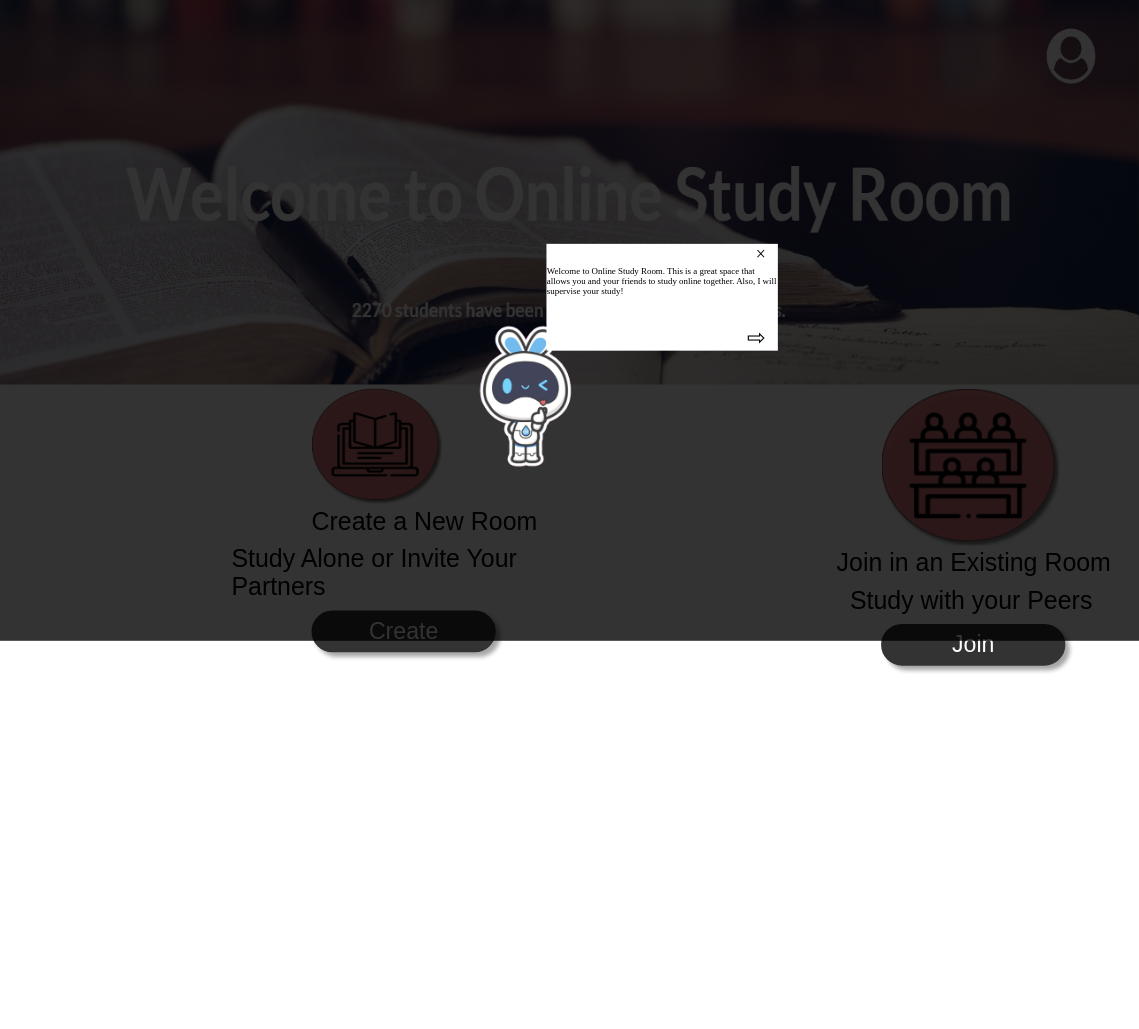
Repository: Team-Extrememe/Online-Study-Room
Page: home.html
The author's editor kept a copy of each file at every save. The page is drawn from the files as they stood at one save, then again after the next save.
The browser window is 1280 px wide. The pictures show the whole page, at 89% of full size.

Above is the page before, as saved 2021-10-06 18:51:34.
Console error: TypeError: Cannot set properties of null (setting 'onclick')

### home.html
<!DOCTYPE html>
<html lang="en">
<head>
    <meta charset="UTF-8">
    <meta http-equiv="X-UA-Compatible" content="IE=edge">
    <meta name="viewport" content="width=device-width, initial-scale=1.0">
    <link rel="stylesheet" href="css/style.css">
    <script src="js/jquery-3.6.0.min.js" type="text/javascript"></script>
    <script type="text/javascript" src="js/javascript.js"></script>
    <title>Homepage</title>
</head>
<body>
    <img class="home" src="images/home.png" alt="home_header">
    <a href="login.html" class="account"></a>
    <img class="rabbit" src="images/rabbit1.png" alt="guide_rabbit">
    <div id="light3" class="guide_div">
        <div class="guide_text">
            <div class="close_guide_button">&times;</div>
            <div class="text1">
                Welcome to Online Study Room.  This is a great space that allows you and your friends to study online together.  Also, I will supervise your study!
            </div>
            <div class="next">&#8680;</div>
        </div>
    </div>
    <img class="rabbit2" src="images/rabbit2.png" alt="guide_rabbit2">
    <div id="light4" class="guide_div2">
        <div class="guide_text2">
            <div class="close_guide_button2">&times;</div>
            <span>You can create your own study room here!</span>
            <div class="back">&#8678;</div>
            <div class="next2">&#8680;</div>
        </div>
    </div>
    <img class="rabbit3" src="images/rabbit3.png" alt="guide_rabbit3">
    <div id="light5" class="guide_div3">
        <div class="guide_text3">
            <div class="close_guide_button3">&times;</div>
            <span>Or you can join other's study room.</span>
            <div class="back2">&#8678;</div>
            <div class="next3">&#8680;</div>
        </div>
    </div>
    <img class="rabbit4" src="images/rabbit3.png" alt="guide_rabbit4">
    <div id="light6" class="guide_div4">
        <div class="guide_text4">
            <div class="close_guide_button4">&times;</div>
            <span>You can create an account and log in here.</span>
            <div class="back3">&#8678;</div>
            <div class="next4">&#8680;</div>
        </div>
    </div>
    <img class="rabbit5" src="images/rabbit4.png" alt="guide_rabbit5">
    <div id="light7" class="guide_div5">
        <div class="guide_text5">
            <span>So now, start your learning~ I will always be with you.</span>
            <div class="repeat">Repeat</div>
            <div class="end">Ok</div>
        </div>
    </div>

    <div class="room_container">
        <div class="create_room">
            <img src="images/create.png" alt="create_room">
            <div class="create_text">
                <span class="span1">Create a New Room</span>
                <span class="span2">Study Alone or Invite Your Partners</span>
                <button class="create">Create</button>
            </div>
        </div>
        <div class="join_room">
            <img src="images/join.png" alt="join_room">
            <div class="join_text">
                <span class="span3">Join in an Existing Room</span>
                <span class="span4">Study with your Peers</span>
                <button class="join">Join</button>
            </div>
        </div>
    </div>

    <div id="light" class="popup">
        <div class="close_button">&times;</div>
        <div class="room_type">
            <label>Private
                <input type="checkbox">
            </label>
            <label>Public
                <input type="checkbox">
            </label>
        </div>
        <div class="room_info">
            <label>Number of people:</label>
            <input type="text">
            <span>(Maxium is 6)</span>
            <br>
            <label>Time Setting:</label>
            <input id="time" type="time" step='1' min="00:00:00" max="24:00:00">
        </div>
        <div class="device">

        </div>
        <button class="confirm_create" onclick="location.href='main.html'">Create</button>
    </div>
    <div id="light2" class="popup2">
        <div class="close_button2">&times;</div>
        <img src="images/join2.png" alt="join_other_rooms">
        <div class="room_type">
            <label>Private
                <input type="checkbox">
            </label>
            <label>Public
                <input type="checkbox">
            </label>
        </div>
        <button class="confirm_join">Join</button>
    </div>
    <div id="fade" class="black_overlay"></div>
    <div id="fade1" class="black"></div>
</body>
</html>

### css/style.css

.login{
    background: linear-gradient(144.9063727226063deg , rgba(250, 205, 145, 1) 28.000000000000004%, rgba(250, 248, 145, 1) 92%);
    margin: 0;
    padding: 0;
    height: 100vh;
    overflow: hidden;
}

body{
    margin: 0;
    padding: 0;
    height: 100vh;
    overflow: hidden;
}

div{
    display: block;
}

.login_container{
    position: absolute;
    top: 50%;
    left: 50%;
    transform: translate(-50%, -50%);
    width: 860px;
    background: white;
    height: 900px;
}

.login_container h1{
    text-align: center;
    padding: 0 0 20px 0;
    padding-top: 50px;
}

.login_container h3{
    text-align: center;
    padding-bottom: 50px;
}

.login_container form{
    padding: 0 100px;
    box-sizing: border-box;
}

form .txt_field{
    position: relative;
    margin: 30px 0;
}

.txt_field input{
    width: 60%;
    padding: 5px 5px;
    height: 40px;
    font-size: 16px;
    position: relative;
    left: 140px;
    top: 10px;
    margin-bottom: 30px;
    background-color: #f9f9f9;
    border-style: solid;
    border-color:  #d3d3d3;
    border-radius: 4px;
    border-width: 2px;
    text-indent: 0px;
    text-shadow: none;
    box-shadow: none;
}

.txt_field label{
    position: absolute;
    left: 140px;
    color: #8c8c8c;
    transform: translateY(-100%);
    font-size: 16px;

}

.remember{
    position: relative;
    left: 160px;
    color: #8c8c8c;
}

.check{
    position: relative;
    left: -140px;
}
.forgot{
    position: absolute;
    bottom: 392px;
    left: 480px;
}

.forgot a{
    text-decoration: none;
    color: rgb(43, 158, 217);
}

input[type="submit"]{
    border-width: 0px;
    position: absolute;
    left: 285px;
    top: 700px;
    width: 320px;
    height: 50px;
    background: inherit;
    background-color: rgba(30, 152, 215, 1);
    border: none;
    border-radius: 73px;
    box-shadow: none;
    font-weight: 400;
    font-style: normal;
    font-size: 25px;
    color: white;
    cursor: pointer;
}

input[type="submit"]:hover{
    background-color: rgba(30, 132, 207, 1);
}

.signup_link{
    position: absolute;
    bottom: 100px;
    left: 320px;
    color: #8c8c8c;
}

.signup_link a{
    text-decoration: none;
    color: rgb(43, 158, 217);
}

/* homepage*/

.home{
    width: 100%;
    height: 60%;
}

.account{
    display: inline-block;
    width: 88px;
    height: 81px;
    position: absolute;
    right: 69px;
    top: 41px;
    border-radius: 50%;
}

.room_container{
    width: 100%;
    height: 100%;
}

.create_room{
    width: 50%;
    float: left;
    /* margin-left: 350px; */
    height: 100%;
}

.create_room img{
    /* position: absolute;
    left: 450px; */
    padding-left: 350px;
    height: 18%;
}

.create_text{
    /* position: absolute;
    left: 420px;
    bottom: 100px; */
    font-family: 'Arial Negreta', 'Arial Normal', 'Arial', sans-serif;
    /* padding-left: 340px; */
    float: left;
    height: 10em;
}

.create_text span{
    word-break: normal;
    width: auto;
    display: block;
    white-space: pre-wrap;
    word-wrap: break-word;
    overflow: hidden;
    padding-bottom: 10px;
    font-size: 28px;
}

.create_text span:nth-of-type(2){
    /* position: relative;
    left: -90px; */
    /* padding-left: -50px;
    text-align:left; */
}

.span1{
    padding-left: 350px;
    /* height: 16%; */
}

.span2{
    padding-left: 260px;
    /* height: 16%; */
}

.create{
    margin-left: 350px;
}

.create_text button{
    /* position: relative;
    left: 30px; */
    width: 207px;
    height: 47px;
    background: inherit;
    background-color: rgba(51, 51, 51, 1);
    box-sizing: border-box;
    border-width: 3px;
    border-style: solid;
    border-color: rgba(51, 51, 51, 1);
    border-radius: 71px;
    box-shadow: 5px 5px 5px rgb(0 0 0 / 35%);
    font-size: 26px;
    color: rgba(255, 255, 255, 0.996078431372549);
    cursor: pointer;
}

.join_room{
    width: 50%;
    float: right;
}

.join_room img{
    /* position: absolute;
    right: 450px; */
    padding-left: 350px;
    height: 16%;
}

.join_text{
    /* position: absolute;
    right: 420px;
    bottom: 100px; */
    font-family: 'Arial Negreta', 'Arial Normal', 'Arial', sans-serif;
    float: left;
}

.join_text span{
    word-break: normal;
    width: auto;
    display: block;
    white-space: pre-wrap;
    word-wrap: break-word;
    overflow: hidden;
    padding-bottom: 10px;
    font-size: 28px;
    /* position: relative;
    right: -40px; */
}

.span3{
    padding-left: 300px;
}

.span4{
    padding-left: 315px;
}

.join_text span:nth-of-type(2){
    /* position: relative;
    right: -60px; */
}

.join_text button{
    /* position: relative;
    right: -85px; */
    margin-left: 350px;
    width: 207px;
    height: 47px;
    background: inherit;
    background-color: rgba(51, 51, 51, 1);
    box-sizing: border-box;
    border-width: 3px;
    border-style: solid;
    border-color: rgba(51, 51, 51, 1);
    border-radius: 71px;
    box-shadow: 5px 5px 5px rgb(0 0 0 / 35%);
    font-size: 26px;
    color: rgba(255, 255, 255, 0.996078431372549);
    cursor: pointer;
}

/* pop-up*/

.room_info input{
    border: 0;
    outline: 0;
    background: transparent;
    border-bottom: 1px solid black;
}

.popup{
    display: none;
    position: absolute;
    top: 35%;
    left: 37%;
    width: 500px;
    height: 240px;
    border: 10x solid black;
    background-color: white;
    z-index:1002;
    overflow: auto;
}

.popup2{
    display: none;
    position: absolute;
    top: 35%;
    left: 37%;
    width: 500px;
    height: 240px;
    border: 10x solid black;
    background-color: white;
    z-index:1002;
    overflow: auto;
}

.popup2 img{
    position: relative;
    left: 45%;
    top: 10px;
}

.popup2 .room_type{
    position: absolute;
    top: 38%;
}

.black_overlay{
    display: none;
    position: absolute;
    top: 0%;
    left: 0%;
    width: 100%;
    height: 100%;
    background-color: black;
    z-index:1001;
    opacity:.80;
    filter: alpha(opacity=88);
}

.close_button{
    position: absolute;
    right: 20px;
    top: 0px;
    font-size: 35px;
    cursor: pointer;
}

.close_button2{
    position: absolute;
    right: 20px;
    top: 0px;
    font-size: 35px;
    cursor: pointer;
}

.room_type{
    position: absolute;
    left: 28%;
    top: 10%;
    font-size: 20px;
}

.room_type label{
    padding-right: 40px;
}

.room_info{
    position: absolute;
    top: 20%;
    left: 20%;
    margin-top: 25px;
}

.room_info input{
    width: 70px;
}

.room_info label{
    display: inline-block;
    margin-bottom: 25px;
}

.confirm_create{
    position: absolute;
    bottom: 10px;
    left: 35%;
    width: 170px;
    height: 40px;
    background: inherit;
    background-color: rgba(51, 51, 51, 1);
    box-sizing: border-box;
    border-width: 3px;
    border-style: solid;
    border-color: rgba(51, 51, 51, 1);
    border-radius: 71px;
    box-shadow: 3px 2px 3px rgb(0 0 0 / 35%);
    font-size: 16px;
    color: rgba(255, 255, 255, 0.996078431372549);
    cursor: pointer;
}

.confirm_join{
    position: absolute;
    bottom: 25px;
    left: 35%;
    width: 170px;
    height: 40px;
    background: inherit;
    background-color: rgba(51, 51, 51, 1);
    box-sizing: border-box;
    border-width: 3px;
    border-style: solid;
    border-color: rgba(51, 51, 51, 1);
    border-radius: 71px;
    box-shadow: 3px 2px 3px rgb(0 0 0 / 35%);
    font-size: 16px;
    color: rgba(255, 255, 255, 0.996078431372549);
    cursor: pointer;
}

/* rabbit guide*/

.rabbit{
    width: 160px;
    height: 180px;
    float: left;
    position: absolute;
    left: 40%;
    top: 50%;
    display: block;
    position: absolute;
    background-color: transparent;
    z-index:1002;
    overflow: auto;
}

.rabbit2{
    width: 400px;
    /* height: 180px; */
    float: left;
    position: absolute;
    left: 31%;
    top: 56%;
    display: none;
    position: absolute;
    background-color: transparent;
    z-index:1002;
    overflow: auto;
}

.rabbit3{
    width: 400px;
    /* height: 180px; */
    float: left;
    position: absolute;
    left: 53%;
    top: 56%;
    display: none;
    position: absolute;
    background-color: transparent;
    z-index:1002;
    overflow: auto;
}

.rabbit4{
    width: 400px;
    /* height: 180px; */
    float: left;
    position: absolute;
    right: 5%;
    top: 12%;
    display: none;
    position: absolute;
    background-color: transparent;
    z-index:1002;
    overflow: auto;
}

.rabbit5{
    width: 200px;
    height: 200px;
    float: left;
    position: absolute;
    left: 35%;
    top: 56%;
    display: none;
    position: absolute;
    background-color: transparent;
    z-index:1002;
    overflow: auto;
}

.black{
    display: none;
    position: absolute;
    top: 0%;
    left: 0%;
    width: 100%;
    height: 100%;
    background-color: black;
    z-index:1001;
    opacity:.80;
    filter: alpha(opacity=88);
}

.guide_div {
    display: block;
    position: absolute;
    top: 38%;
    left: 48%;
    width: 260px;
    height: 120px;
    border: 10x solid black;
    background-color: white;
    z-index:1002;
    overflow: auto;
}

.guide_div2{
    display: none;
    position: absolute;
    bottom: 30%;
    left: 27%;
    width: 215px;
    height: 70px;
    border: 10x solid black;
    background-color: white;
    z-index:1002;
    overflow: none;
}

.guide_div3{
    display: none;
    position: absolute;
    bottom: 31%;
    right: 22%;
    width: 215px;
    height: 70px;
    border: 10x solid black;
    background-color: white;
    z-index:1002;
    overflow: none;
}

.guide_div4{
    display: none;
    position: absolute;
    top: 14%;
    right: 1%;
    width: 215px;
    height: 70px;
    border: 10x solid black;
    background-color: white;
    z-index:1002;
    overflow: none;
}

.guide_div5{
    display: none;
    position: absolute;
    bottom: 37%;
    left: 44%;
    width: 215px;
    height: 70px;
    border: 10x solid black;
    background-color: white;
    z-index:1002;
    overflow: none;
}

/* .text1::before{
    background-color: #F2F2F2;
    bottom: -5px;
    box-shadow: -2px 2px 2px 0 rgba(178, 178, 178, 0.4);
    content: " ";
    display: block;
    height: 13px;
    left: 5px;
    position: absolute;
    transform: rotate(-35deg) skew(-35deg);
    width: 15px;
} */

#fade1{
    display: block;
}

.light3{
    display: block;
}

.light4{
    display: block;
}

.light5{
    display: block;
}

.light6{
    display: block;
}

.light7{
    display: block;
}

.text1{
    font-size: 10px;
    position: absolute;
    top: 25px;
    /* background-color: #F2F2F2;
    border-radius: 5px;
    box-shadow: 0 0 6px #B2B2B2;
    display: inline-block;
    padding: 10px 18px;
    position: relative;
    vertical-align: top;
    float: left;
    margin: 5px 45px 5px 20px;     */
}

.guide_text2 span{
    font-size: 14px;
    position: absolute;
    top: 20px;
}

.guide_text3 span{
    font-size: 14px;
    position: absolute;
    top: 20px;
}

.guide_text4 span{
    font-size: 14px;
    position: absolute;
    top: 20px;
}

.guide_text5 span{
    font-size: 14px;
    position: absolute;
}

.close_guide_button{
    position: absolute;
    right: 14px;
    top: 0px;
    font-size: 20px;
    cursor: pointer;
}

.close_guide_button2{
    position: absolute;
    left: 184px;
    top: -2px;
    font-size: 20px;
    cursor: pointer;
}

.close_guide_button3{
    position: absolute;
    left: 184px;
    top: -2px;
    font-size: 20px;
    cursor: pointer;
}

.close_guide_button4{
    position: absolute;
    left: 184px;
    top: -2px;
    font-size: 20px;
    cursor: pointer;
}

.next{
    position: absolute;
    right: 14px;
    bottom: 0;
    font-size: 25px;
    cursor: pointer;
}

.next2{
    position: absolute;
    right: 14px;
    bottom: 0;
    font-size: 25px;
    cursor: pointer;
}

.next3{
    position: absolute;
    right: 14px;
    bottom: 0;
    font-size: 25px;
    cursor: pointer;
}

.next4{
    position: absolute;
    right: 14px;
    bottom: 0;
    font-size: 25px;
    cursor: pointer;
}

.back{
    position: absolute;
    right: 35px;
    bottom: 0;
    font-size: 25px;
    cursor: pointer;
}

.back2{
    position: absolute;
    right: 35px;
    bottom: 0;
    font-size: 25px;
    cursor: pointer;
}

.back3{
    position: absolute;
    right: 35px;
    bottom: 0;
    font-size: 25px;
    cursor: pointer;
}

.repeat, .end{
    font-size: 10px;
}

.repeat{
    position: absolute;
    right: 52px;
    bottom: 4px;
    cursor: pointer;
}

.end{
    position: absolute;
    right: 14px;
    bottom: 4px;
    cursor: pointer;
}

/* main page*/

Loaded but not shown: js/jquery-3.6.0.min.js (library); js/javascript.js (319 lines, source omitted)

After the next save:
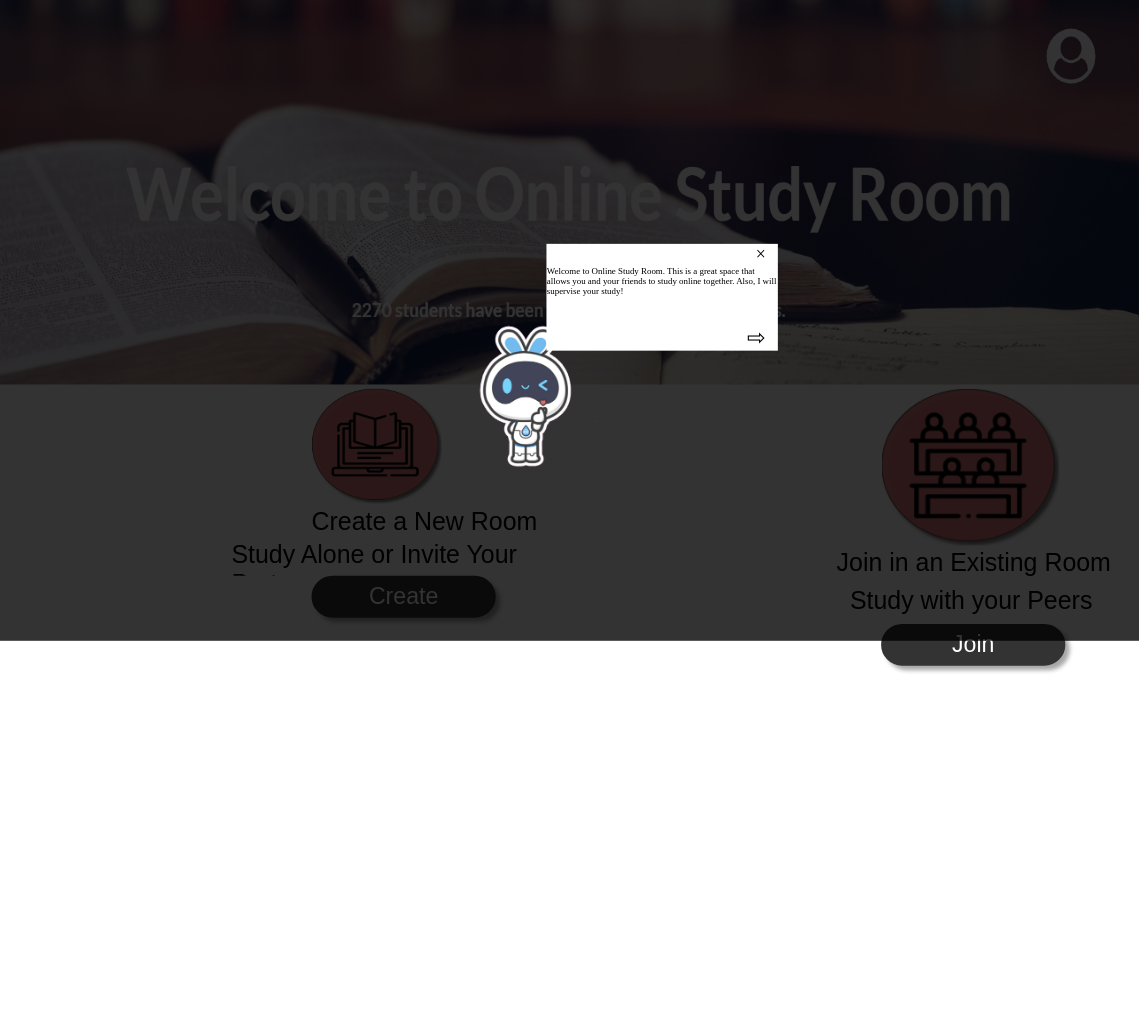
Saved 22 s later.
--- a/css/style.css
+++ b/css/style.css
@@ -199,12 +199,12 @@ input[type="submit"]:hover{
 
 .span1{
     padding-left: 350px;
-    /* height: 16%; */
+    height: 18%;
 }
 
 .span2{
     padding-left: 260px;
-    /* height: 16%; */
+    height: 18%;
 }
 
 .create{
